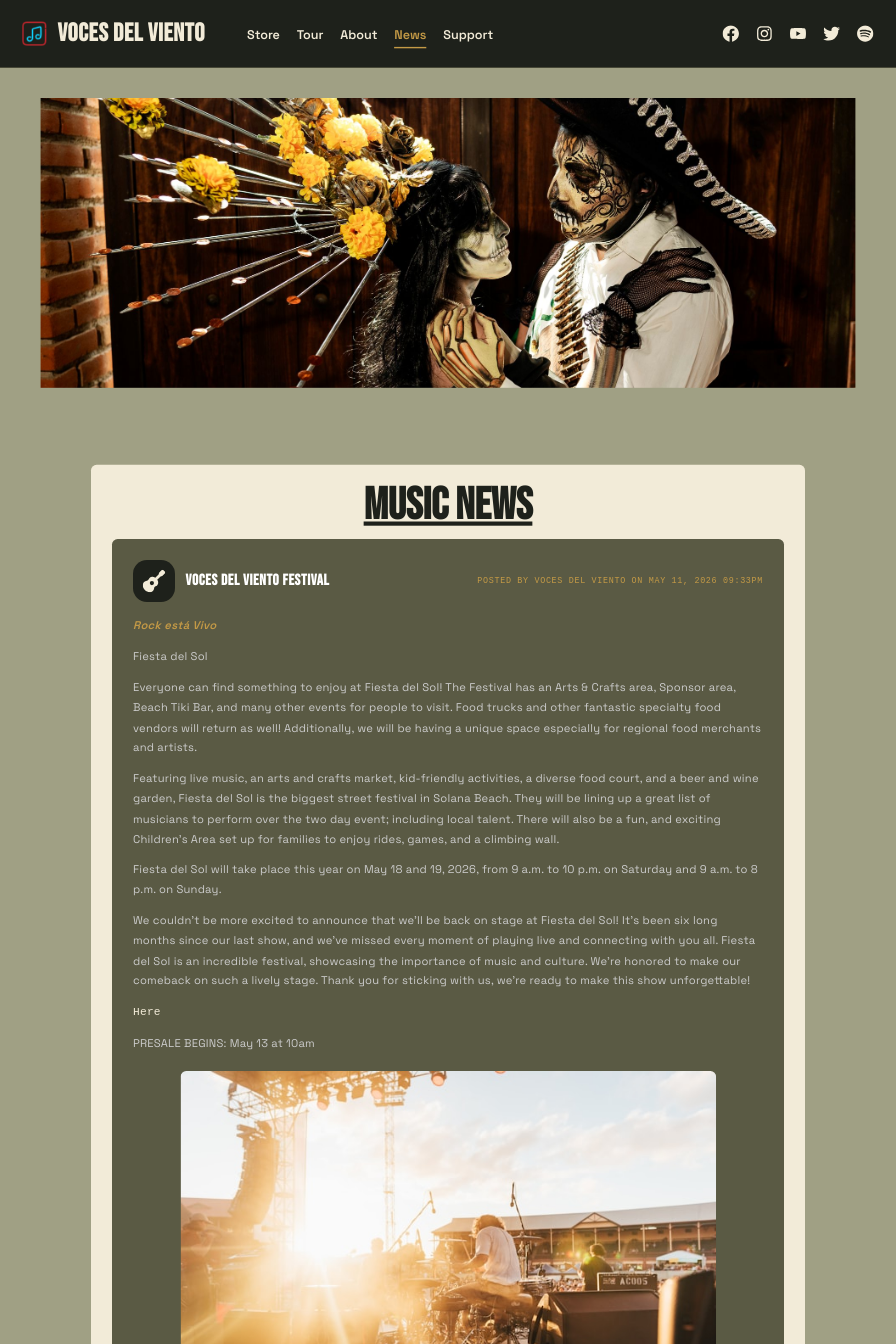
Repository: lime929/voices-del-viento
Page: /news
An editor plug-in stored every save of this project. The page is shown before and after the next save, followed by the edit.
The browser window is 1280 px wide. The pictures show the part of the page from y = 0 to 1920 px (the page is 5501 px tall before and 5528 px after), at 70% of full size.
The project was rebuilt for these pictures with package versions that can differ from the ones it lists, and the page was loaded fresh each time. The framework's server and built-in components were replaced by stand-ins that run in the browser. Also part of the build but not shown: next.config.mjs.

Above is the page before, as saved 2026-09-26 21:33:49.

### app/layout.jsx
import '../app/globals.css';
import Footer from '../app/components/Footer';
import NavBar from '../app/components/NavBar';


export const metadata = {
  title: "Voces del Viento",
  description:
    "Voces del Viento is a Mexican indie rock band from Michoacán, blending classic Latin rock influences with modern sounds inspired by Caifanes, Juanes, and Los Enanitos Verdes. Discover their heartfelt music, cultural roots, and energetic live performances.",
  keywords: [
    "Voces del Viento",
    "Mexican indie rock",
    "Michoacán, Mexico",
    "Latin rock",
    "Alternative music",
    "band from Mexico",
    "indie music",
  ],
};

export default function MainLayout({ children }) {
  return (
    <html lang="en">
      <body>
        <NavBar />
        {children}
        <Footer />
      </body>
    </html>
  );
}

### app/news/page.jsx
import styles from "./page.module.css";
import Image from "next/image";
import Post from "../components/Post";
import posts from "./posts.json";
import banner from "../../public/images/news/banner.jpg";

export const metadata = {
  title: "Voces del Viento | News",
  description: "Stay up to date with the latest news and updates from Voces del Viento.",
    keywords: [
    "Voces del Viento",
    "news",
    "Music news",
    "band updates",
    "Concert announcements",
    "Album releases",
    "Live performances",
    "Live updates",
  ]
}

export default function NewsPage() {
  return (
    <>
    <div className={styles.imgContainer}>
      <Image
        src={banner}
        alt="couple with dia de los muertos makeup"
        sizes="100vw"
        className={styles.bannerImage}
        priority
      />
</div>
      <div className={styles.newsContainer}>
        <h2 className={styles.newsTitle}>Music News</h2>

        {posts.map((post) => (
          <Post key={post.id} post={post} />
        ))}
      </div>
    </>
  );
}

### app/globals.css
/* @import url("https://fonts.googleapis.com/css2?family=Bebas+Neue&family=DM+Sans:opsz,wght@9..40,400;9..40,500;9..40,600;9..40,700&family=Space+Mono:wght@400;700&display=swap");
@import url('https://fonts.googleapis.com/css2?family=Space+Grotesk:wght@300..700&display=swap'); */

@import url('https://fonts.googleapis.com/css2?family=Archivo+Black&family=Bebas+Neue&family=DM+Sans:ital,opsz,wght@0,9..40,100..1000;1,9..40,100..1000&family=Oswald:wght@200..700&family=Roboto+Mono:ital,wght@0,100..700;1,100..700&family=Space+Grotesk:wght@300..700&display=swap');
@import "tailwindcss";

@theme {
      /* Large headings and album titles */
  --font-display: "Bebas Neue", sans-serif;
    /* Paragraphs, navigation, and buttons */
  --font-body: "Space Grotesk", sans-serif;
    /* Dates, labels, and small details */
  --font-mono: "Space Mono", monospace;

    /* Main page background */
  --color-band-bg: #A0A084;
    /* Main text, dark sections & footer */
  --color-band-ink: #1E211B;
    /* Text on dark/red backgrounds */
  --color-band-cream: #F2EBD8;
    /* Borders and secondary accents */
  --color-band-olive: #5a5a44;
    /* Small highlights and labels */
  --color-band-gold: #C49A46;
}

body {
  font-family: var(--font-body);
  background-color: var(--color-band-bg);
  color: var(--color-band-ink);
  margin: 0;
  padding: 0;
}

### app/components/Footer.jsx
'use client';

import { usePathname } from "next/navigation";
export default function Footer() {
    const pathname = usePathname();

  return (
    <footer className="border-t border-band-olive bg-band-ink py-8 px-4 sm:px-6">
      <div className="mx-auto max-w-6xl">
        <div className="flex flex-col items-center justify-between gap-8 text-sm md:flex-row">
          {/* Copyright */}
          <div className="order-2 text-center md:order-1 md:text-left">
            <p className="font-semibold text-band-cream">
              © {new Date().getFullYear()}{' '}
              <span className="font-black text-band-cream">Voices Del Viento</span>
            </p>
            <p className="mt-1 font-mono text-xs tracking-wider text-band-gold">
              Made with Next.js, React & Tailwind by Liliana Mendez
            </p>
          </div>

          {/* Right links */}
          <nav className="order-1 flex items-center gap-6 md:order-2">
            <a
              href="/store"
              className={`${
                      pathname === "/store" ? "border-b-2 border-band-gold text-band-gold" : "border-b-2 border-transparent text-band-cream hover:text-band-gold hover:border-band-gold"
                    } text-sm font-semibold pb-1 transition-all`}
            >
              Store
            </a>
            <a
              href="/tour"
              className={`${
                      pathname === "/tour" ? "border-b-2 border-band-gold text-band-gold" : "border-b-2 border-transparent text-band-cream hover:text-band-gold hover:border-band-gold"
                    } text-sm font-semibold pb-1 transition-all`}
            >
              Tour
            </a>
            <a
              href="/about"
              className={`${
                      pathname === "/about" ? "border-b-2 border-band-gold text-band-gold" : "border-b-2 border-transparent text-band-cream hover:text-band-gold hover:border-band-gold"
                    } text-sm font-semibold pb-1 transition-all`}
            >
              About
            </a>
            <a
              href="/news"
              className={`${
                      pathname === "/news" ? "border-b-2 border-band-gold text-band-gold" : "border-b-2 border-transparent text-band-cream hover:text-band-gold hover:border-band-gold"
                    } text-sm font-semibold pb-1 transition-all`}
            >
              News
            </a>
            <a
              href="/support"
              className={`${
                      pathname === "/support" ? "border-b-2 border-band-gold text-band-gold" : "border-b-2 border-transparent text-band-cream hover:text-band-gold hover:border-band-gold"
                    } text-sm font-semibold pb-1 transition-all`}
            >
              Support
            </a>
          </nav>
        </div>
      </div>
    </footer>
  );
}

### app/components/NavBar.jsx
'use client';
import { useState } from "react";
import Link from "next/link";
import Image from "next/image";
import { usePathname } from "next/navigation";
import { FaBars, FaTimes, FaFacebook, FaInstagram, FaYoutube, FaTwitter,FaSpotify } from "react-icons/fa";
import logoIcon from '../../app/icon.png';

export default function NavBar() {
  const [isMobileMenuOpen, setIsMobileMenuOpen] = useState(false);
  const pathname = usePathname();

  return (
    <>
      <nav className="bg-band-ink border-b border-band-olive sticky top-0 z-50">
        <div className="px-4 lg:px-6">
          <div className="relative flex h-24 items-center justify-between">

            {/* Mobile menu button: always positioned absolute left and hidden on md+ screens */}
            <div className="absolute inset-y-0 left-0 flex items-center md:hidden">
              <button
                onClick={() => setIsMobileMenuOpen(!isMobileMenuOpen)}
                className="inline-flex items-center justify-center p-2 rounded-md text-band-cream hover:text-band-gold hover:bg-band-olive/20 focus:outline-none focus:ring-2 focus:ring-band-gold"
                aria-controls="mobile-menu"
                aria-expanded={isMobileMenuOpen}
              >
                <span className="sr-only">Open main menu</span>
                {isMobileMenuOpen ? (
                  <FaTimes className="block h-6 w-6" />
                ) : (
                  <FaBars className="block h-6 w-6" />
                )}
              </button>
            </div>

            <div className="flex flex-1 items-center justify-center md:justify-start">
              <Link href="/" className="flex flex-shrink-0 items-center gap-2 hover:opacity-90 transition">
                <Image
                  src={logoIcon}
                  alt="Voices Del Viento Logo"
                  width={50}
                  height={50}
                  priority
                />

                <span className="hidden font-display text-4xl font-bold uppercase tracking-wide text-band-cream transition-colors hover:text-band-gold md:block md:mr-9">
                Voces Del Viento
                </span>
              </Link>


              <div className="hidden md:ml-6 md:block md:pt-2">
                <div className="flex space-x-4 lg:space-x-6">
                  <Link
                    href="/store"
                    className={`${
                      pathname === "/store" ? "border-b-2 border-band-gold text-band-gold" : "border-b-2 border-transparent text-band-cream hover:text-band-gold hover:border-band-gold"
                    } text-lg font-semibold pb-1 transition-all`}
                  >
                    Store
                  </Link>
                  <Link
                    href="/tour"
                    className={`${
                      pathname === "/tour" ? "border-b-2 border-band-gold text-band-gold" : "border-b-2 border-transparent text-band-cream hover:text-band-gold hover:border-band-gold"
                    } text-lg font-semibold pb-1 transition-all`}
                  >
                    Tour
                  </Link>
                  <Link
                    href="/about"
                    className={`${
                      pathname === "/about" ? "border-b-2 border-band-gold text-band-gold" : "border-b-2 border-transparent text-band-cream hover:text-band-gold hover:border-band-gold"
                    } text-lg font-semibold pb-1 transition-all`}
                  >
                    About
                  </Link>
                  <Link
                    href="/news"
                    className={`${
                      pathname === "/news" ? "border-b-2 border-band-gold text-band-gold" : "border-b-2 border-transparent text-band-cream hover:text-band-gold hover:border-band-gold"
                    } text-lg font-semibold pb-1 transition-all`}
                  >
                    News
                  </Link>
                  <Link
                    href="/support"
                    className={`${
                      pathname === "/support" ? "border-b-2 border-band-gold text-band-gold" : "border-b-2 border-transparent text-band-cream hover:text-band-gold hover:border-band-gold"
                    } text-lg font-semibold pb-1 transition-all`}
                  >
                    Support
                  </Link>
                </div>
              </div>
            </div>

            <div className="absolute inset-y-0 right-0 flex items-center pr-2 md:static md:ml-6 md:pr-0">
              <div className="flex items-center gap-2 text-band-cream">
             <a href="https://www.facebook.com/" target="_blank" className="relative p-2 rounded-full transition-transform duration-250 ease-in-out hover:scale-110 hover:text-band-gold">
                    <FaFacebook className="h-6 w-6" />
                </a>
             <a href="https://www.instagram.com/" target="_blank" className="relative p-2 rounded-full transition-transform duration-250 ease-in-out hover:scale-110 hover:text-band-gold">
                    <FaInstagram className="h-6 w-6"/>
                </a>
             <a href="https://www.youtube.com/" target="_blank" className="relative p-2 rounded-full transition-transform duration-250 ease-in-out hover:scale-110 hover:text-band-gold">
                    <FaYoutube className="h-6 w-6" />
                </a>
             <a href="https://www.x.com/" target="_blank" className="relative p-2 rounded-full transition-transform duration-250 ease-in-out hover:scale-110 hover:text-band-gold">
                    <FaTwitter className="h-6 w-6" />
                </a>
            <a href="https://www.spotify.com/" target="_blank" className="relative p-2 rounded-full transition-transform duration-250 ease-in-out hover:scale-110 hover:text-band-gold">
                    <FaSpotify className="h-6 w-6" />
                </a>
              </div>
            </div>
          </div>
        </div>

        {/* Mobile menu */}
        {isMobileMenuOpen && (
          <div className="md:hidden bg-band-ink/95 backdrop-blur-md border-t border-band-olive px-4 pb-4 pt-2 space-y-1">
            <Link
              href="/store"
              className={`${
                pathname === "/store" ? "bg-band-olive/20 text-band-cream" : "border-b-2 border-transparent text-band-cream hover:bg-band-olive/20 hover:text-band-gold"
              } block rounded-md px-3 py-3 text-base font-semibold transition-colors`}
              onClick={() => setIsMobileMenuOpen(false)}
            >
              Store
            </Link>
            <Link
              href="/tour"
              className={`${
                pathname === "/tour" ? "bg-band-olive/20 text-band-cream" : "border-b-2 border-transparent text-band-cream hover:bg-band-olive/20 hover:text-band-gold"
              } block rounded-md px-3 py-3 text-base font-semibold transition-colors`}
              onClick={() => setIsMobileMenuOpen(false)}
            >
              Tour
            </Link>
            <Link
              href="/about"
              className={`${
                pathname === "/about" ? "bg-band-olive/20 text-band-cream" : "border-b-2 border-transparent text-band-cream hover:bg-band-olive/20 hover:text-band-gold"
              } block rounded-md px-3 py-3 text-base font-semibold transition-colors`}
              onClick={() => setIsMobileMenuOpen(false)}
            >
              About
            </Link>
            <Link
              href="/news"
              className={`${
                pathname === "/news" ? "bg-band-olive/20 text-band-cream" : "border-b-2 border-transparent text-band-cream hover:bg-band-olive/20 hover:text-band-gold"
              } block rounded-md px-3 py-3 text-base font-semibold transition-colors`}
              onClick={() => setIsMobileMenuOpen(false)}
            >
              News
            </Link>
            <Link
              href="/support"
              className={`${
                pathname === "/support" ? "bg-band-olive/20 text-band-cream" : "border-b-2 border-transparent text-band-cream hover:bg-band-olive/20 hover:text-band-gold"
              } block rounded-md px-3 py-3 text-base font-semibold transition-colors`}
              onClick={() => setIsMobileMenuOpen(false)}
            >
              Support
            </Link>
          </div>
        )}
      </nav>
    </>
  );
}

### app/news/page.module.css
.newsTitle {
  font-size: 4rem;
  color: var(--color-band-ink);
  font-family: var(--font-display);
  font-weight: 900;
  font-style: bold;
  text-align: center;
  text-decoration: underline;
  margin-top: -20px;
}

.newsContainer {
  max-width: 1020px;
  margin: 40px auto;
  padding: 30px;
  background-color: var(--color-band-cream);
  border-radius: 8px;
}

.newsContent {
  background-color: var(--color-band-olive);
  padding: 30px;
  border-radius: 8px;
  line-height: 1.8;
  margin-bottom: 50px;
}

.newsPost {
  color: #ccc;
  font-family: var(--font-body);
  font-weight: 400;
  font-style: normal;
  letter-spacing: 0.02em;
  line-height: 1.8;
}

.postHeader {
  display: flex;
  align-items: center;
  width: 100%;
  gap: 15px;
  margin-bottom: 20px;
}

.postLogo {
  display: inline-flex;
  align-items: center;
  justify-content: center;
  padding: 14px;
  background-color: var(--color-band-ink);
  border-radius: 20px;
}

.guitarIcon {
  font-size: 2rem;
  color: var(--color-band-cream);
}

.postTitle {
  flex: 1;
  font-size: 22px;
  font-weight: 700;
  color: #fff;
  line-height: 1.4;
  font-family: var(--font-display);
  letter-spacing: 0.04em;
  text-transform: uppercase;
}

.postMeta {
  font-size: 12px;
  /* color: #bda3a3; */
  color: var(--color-band-gold);
  margin-top: 5px;
  margin-left: auto;
  font-family: var(--font-mono);
  text-transform: uppercase;
  letter-spacing: 0.08em;
}

.postDescription {
  font-style: italic;
  color: var(--color-band-gold);
  margin: 20px 0;
  font-family: var(--font-body);
  font-weight: 600;
  letter-spacing: 0.03em;
}

.newsPost p {
  margin: 15px 0;
}

.newsPost a {
  color: var(--color-band-cream);
  text-decoration: none;
  font-family: var(--font-mono);
}

.newsPostLink {
  color: var(--color-band-cream);
  font-family: var(--font-mono);
  text-decoration: none;
}

.newsPost a:hover,
.newsPostLink:hover {
  text-decoration: underline;
}

.postImage {
  display: block;
  margin: 25px auto 0;
  width: 85%;
  border-radius: 8px;
}

 .imgContainer {
  padding: 3rem clamp(1.25rem, 5vw, 5rem) 3rem;
  zoom: 90%;
}
.bannerImage {
  display: block;
  width: 100%;
  height: 460px;
  object-fit: cover;
  object-position: center 30%;
  margin: 0 auto 30px;
}

### app/components/Post.jsx
import styles from "../news/page.module.css";
import { FaGuitar } from "react-icons/fa";
import Image from "next/image";

export default function Post({ post }) {
  return (
    <div className={styles.newsContent}>
      <div className={styles.newsPost}>
        <div className={styles.postHeader}>
          <span className={styles.postLogo}>
            <FaGuitar className={styles.guitarIcon} aria-hidden="true" />
          </span>
          <h3 className={styles.postTitle}>{post.title}</h3>
          <p className={styles.postMeta}>{post.meta}</p>
        </div>

        {post.description && (
          <p className={styles.postDescription}>{post.description}</p>
        )}

        {post.paragraphs?.map((paragraph, index) => (
          <p key={`${post.id}-paragraph-${index}`}>{paragraph}</p>
        ))}

        {post.link && (
          <p>
            <a href={post.link.href} className={styles.newsPostLink}>
              {post.link.text}
            </a>
          </p>
        )}

        {post.extraLine && <p>{post.extraLine}</p>}

        {post.image && (
          <Image
            src={post.image.src}
            alt={post.image.alt}
            width={1200}
            height={800}
            sizes="100vw"
            className={styles.postImage}
          />
        )}
      </div>
    </div>
  );
}

Loaded but not shown: app/news/posts.json (83 lines, source omitted)

After the next save:
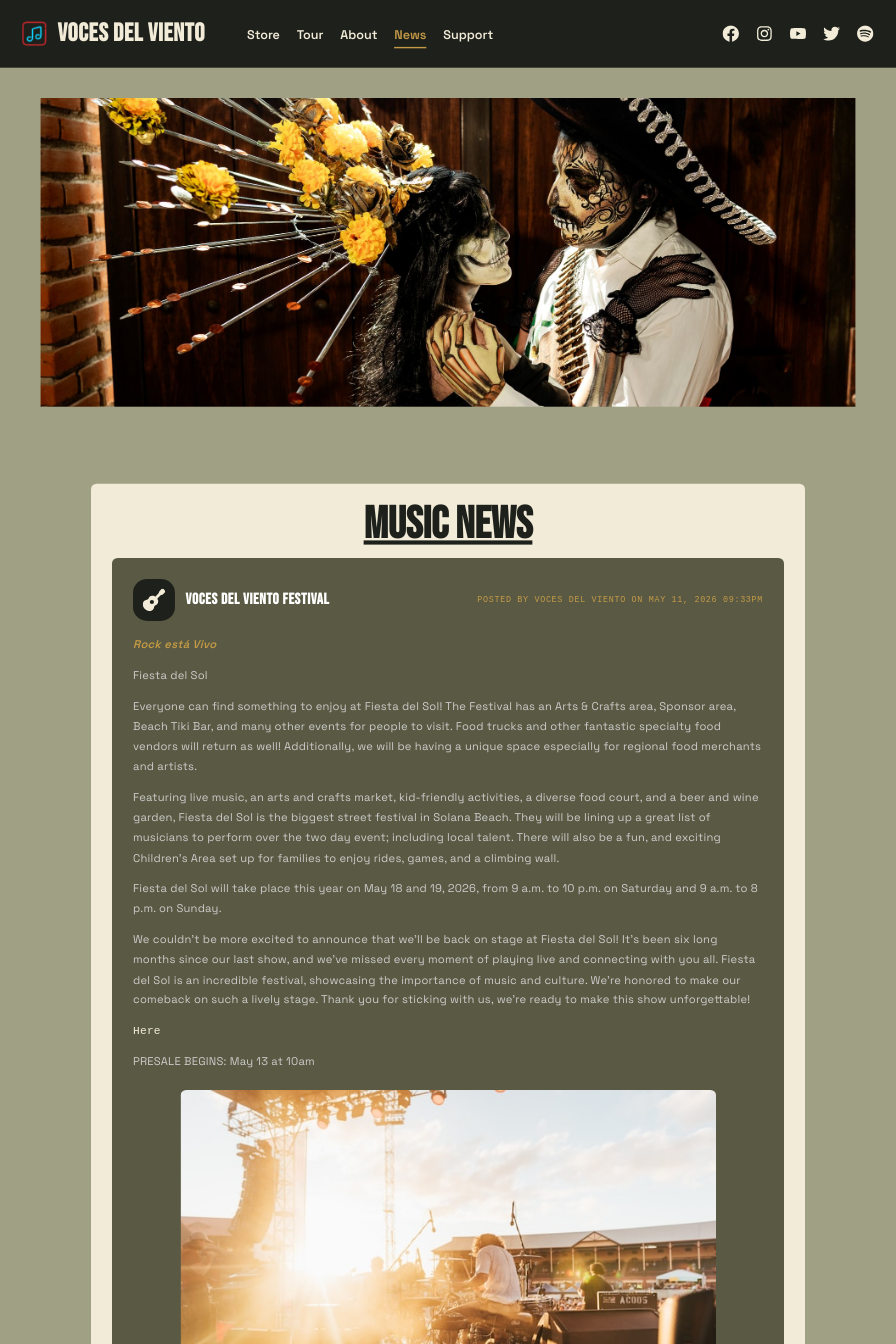
Saved 18 s later.
--- a/app/news/page.module.css
+++ b/app/news/page.module.css
@@ -122,7 +122,7 @@
 .bannerImage {
   display: block;
   width: 100%;
-  height: 460px;
+  height: 490px;
   object-fit: cover;
   object-position: center 30%;
   margin: 0 auto 30px;
